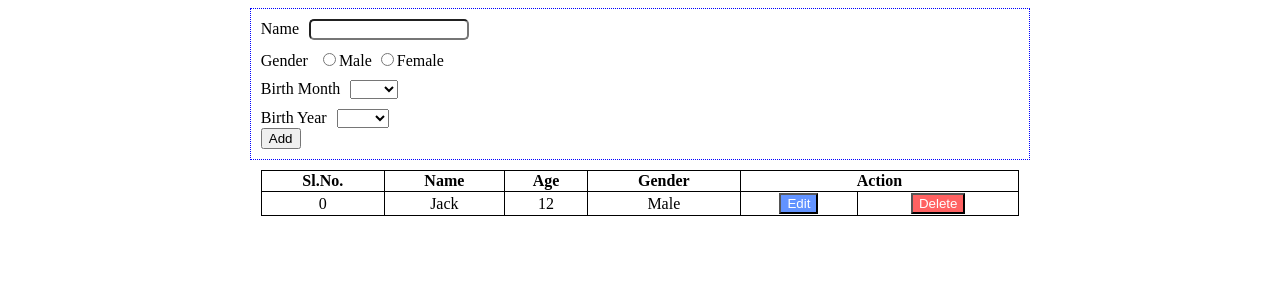
Repository: tysonpaul89/vue-student-crud
Page: /
These files come from the project's save history. The page is drawn as it stood at one moment and after the next save; the edit follows.
The browser window is 1280 px wide. The pictures show the whole page.
The project was rebuilt for these pictures with package versions that can differ from the ones it lists, and the page was loaded fresh each time.

Above is the page before, as saved 2020-04-11 11:32:37.

### src/App.vue
<template>
  <div id="app">
    <StudentForm :type="formType" @studentFormData="addStudent"/>
    <StudentListng :studentArray="students" />
  </div>
</template>

<script>
import StudentListng from './components/StudentListng.vue';
import StudentForm from './components/StudentForm.vue';

export default {
  name: 'App',
  components: {
    StudentListng, // To display student data.
    StudentForm // To Add/Edit student data.
  },
  data() {
    return {
      students: [
        { id:1, name: 'Jack', age: 12, gender: 'Male', birthMonth: 7, birthYear: 2008 },
      ],
      formType: 'create'
    }
  },
  methods: {
    addStudent(data) {
      if (this.formType === 'create') {
        this.students.push(data);
      } else {
        // pass
      }
    }
  }
}
</script>

<style>

</style>

### src/components/StudentListng.vue
<template>
  <table>
    <thead>
      <tr>
        <th>Sl.No.</th>
        <th>Name</th>
        <th>Age</th>
        <th>Gender</th>
        <th colspan="2">Action</th>
      </tr>
    </thead>
    <tbody>
      <tr v-for="(student, index) in studentArray" :key="student.id">
        <td>{{ index }}</td>
        <td>{{ student.name }}</td>
        <td>{{ student.age }}</td>
        <td>{{ student.gender }}</td>
        <td class="btn-td"><button id="btn-edit">Edit</button></td>
        <td class="btn-td"><button id="btn-delete">Delete</button></td>
      </tr>
    </tbody>
  </table>
</template>

<script>
export default {
  props: {
    studentArray: Array
  }
};
</script>

<style scoped>
  table {
    border-collapse: collapse;
    width: 60%;
    margin: 0 auto;
  }

  table,
  td,
  th {
    border: 1px solid black;
  }

  td {
    text-align: center;
  }

  #btn-delete {
    background-color: rgba(255, 0, 0, 0.616);
    color: white;
  }

  #btn-edit {
    background-color: rgba(0, 81, 255, 0.616);
    color: white;
  }
</style>

### src/components/StudentForm.vue
<template>
  <div class="container">
    <form>
      <div class="form-group">
        <label for="name">Name</label>
        <input type="text" id="name" name="name" v-model="studentForm.name" />
      </div>
      <div class="form-group">
        <label>Gender</label>
        <input type="radio" name="Male" value="Male" v-model="studentForm.gender">Male
        <input type="radio" name="Female" value="Female" v-model="studentForm.gender">Female
      </div>
      <div class="form-group">
        <label for="month">Birth Month</label>
        <select name="month" id="month" v-model="studentForm.birthMonth">
          <option v-for="(month, index) in months" :key="index" :value="index">{{month}}</option>
        </select>
      </div>
      <div class="form-group">
        <label for="year">Birth Year</label>
        <select name="year" id="year" v-model="studentForm.birthYear">
          <option v-for="(year, index) in years" :key="index" :value="year">{{year}}</option>
        </select>
      </div>
      <button type="button" @click="onSubmit()">{{ type === 'create' ? 'Add' : 'Edit' }}</button>
    </form>
  </div>
</template>

<script>
export default {
  props: ['type'],
  computed: {
    years: () => {
      const yearLimit = new Date().getFullYear() - 5;
      const years = [];
      for(let i=2000; i < yearLimit; i++) {
        years.push(i);
      }
      return years;
    }
  },
  data() {
    return {
      studentForm: {
        name: "",
        gender: null,
        birthMonth: null,
        birthYear: null,
      },
      months: ['Jan', 'Feb', 'Mar', 'Apr', 'May', 'Jun', 'Jul', 'Aug', 'Sep', 'Oct', 'Nov', 'Dec'],
    };
  },
  methods: {
    onSubmit() {
      const today = new Date()
      let student = null;
      if (this.type === 'create') {
        student = {
          id: today.getMilliseconds(),
          name: this.studentForm.name,
          age:  today.getFullYear() - this.studentForm.birthYear,
          gender: this.studentForm.gender,
          birthMonth: this.studentForm.birthMonth,
          birthYear: this.studentForm.birthYear,
        };
      } else {
        // pass
      }
      // Pass to the parent element.
      this.$emit('studentFormData', student)
    }
  }
};
</script>

<style scoped>
.container {
  width: 60%;
  margin: 0 auto;
  margin-bottom: 10px;
  border: 1px dotted blue;
  padding: 0 10px 10px 10px;
}

.form-group {
  padding-top: 10px;
}

.form-group label {
  padding-right: 10px;
}

.form-group input[type="text"] {
  border-radius: 5px;
  width: 20%;
}
</style>

Loaded but not shown: public/index.html (common file); src/main.js (common file)

After the next save:
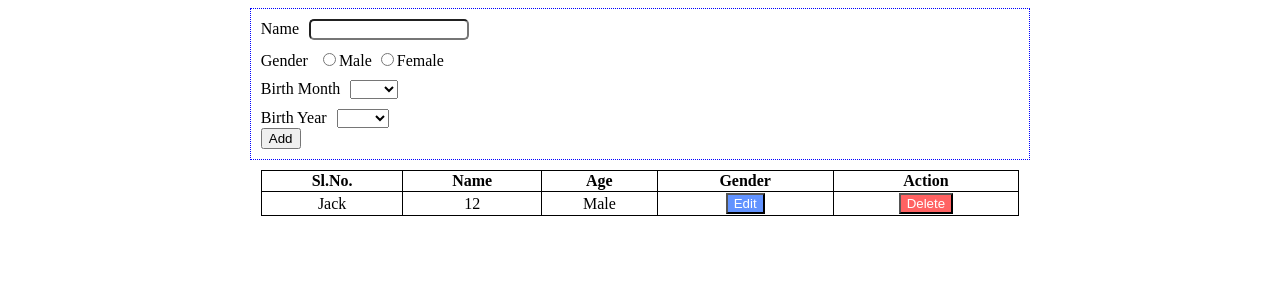
Saved 22 s later.
--- a/src/components/StudentListng.vue
+++ b/src/components/StudentListng.vue
@@ -10,8 +10,7 @@
       </tr>
     </thead>
     <tbody>
-      <tr v-for="(student, index) in studentArray" :key="student.id">
-        <td>{{ index }}</td>
+      <tr v-for="student in studentArray" :key="student.id">
         <td>{{ student.name }}</td>
         <td>{{ student.age }}</td>
         <td>{{ student.gender }}</td>
